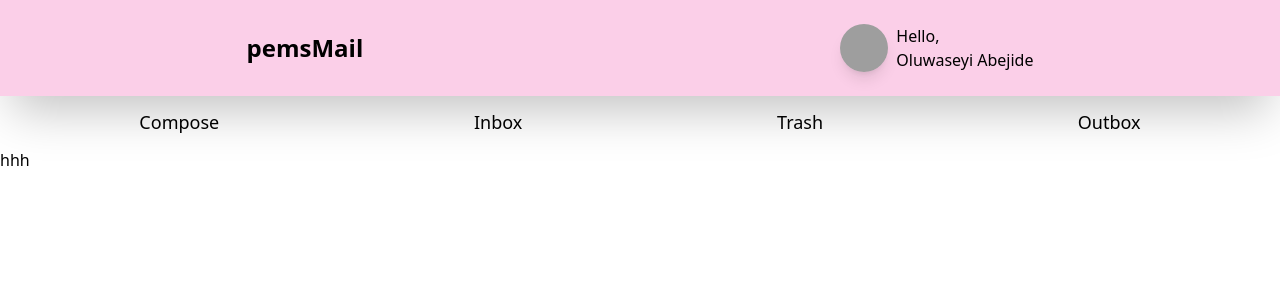
Repository: Semanmernstack/mailclone
Page: /mail
These files come from the project's save history. The page is drawn as it stood at one moment and after the next save; the edit follows.
The browser window is 1280 px wide. The pictures show the whole page.
Pictures or frames that could not be fetched are drawn as grey boxes. The project was rebuilt for these pictures with package versions that can differ from the ones it lists, and the page was loaded fresh each time. Also part of the build but not shown: src/features/counter/Counter.module.css, src/features/counter/Counter.js, src/OpenRow.js, src/Open.js.

Above is the page before, as saved 2023-01-16 03:01:12.

### src/App.js
import React from 'react';

import { Counter } from './features/counter/Counter';
import Header from './Header';
import {
  BrowserRouter,
  Routes,
  Route,
} from "react-router-dom";
import Open from './Open';
import Topbar from './Topbar';
import Mail from './Mail';


function App() {
  return (
    <div className="App">

      <BrowserRouter>

        <Header/>
        <Topbar/>
        <Routes>
        <Route exact path="mail" element={<Mail/>} />
          <Route exact path="/" element={<Open/>} />
        </Routes>
      </BrowserRouter>
    </div>
  );
}

export default App;

### src/features/counter/counterSlice.js
import { createAsyncThunk, createSlice } from '@reduxjs/toolkit';
import { fetchCount } from './counterAPI';

const initialState = {
  value: 0,
  status: 'idle',
};

// The function below is called a thunk and allows us to perform async logic. It
// can be dispatched like a regular action: `dispatch(incrementAsync(10))`. This
// will call the thunk with the `dispatch` function as the first argument. Async
// code can then be executed and other actions can be dispatched. Thunks are
// typically used to make async requests.
export const incrementAsync = createAsyncThunk(
  'counter/fetchCount',
  async (amount) => {
    const response = await fetchCount(amount);
    // The value we return becomes the `fulfilled` action payload
    return response.data;
  }
);

export const counterSlice = createSlice({
  name: 'counter',
  initialState,
  // The `reducers` field lets us define reducers and generate associated actions
  reducers: {
    increment: (state) => {
      // Redux Toolkit allows us to write "mutating" logic in reducers. It
      // doesn't actually mutate the state because it uses the Immer library,
      // which detects changes to a "draft state" and produces a brand new
      // immutable state based off those changes
      state.value += 1;
    },
    decrement: (state) => {
      state.value -= 1;
    },
    // Use the PayloadAction type to declare the contents of `action.payload`
    incrementByAmount: (state, action) => {
      state.value += action.payload;
    },
  },
  // The `extraReducers` field lets the slice handle actions defined elsewhere,
  // including actions generated by createAsyncThunk or in other slices.
  extraReducers: (builder) => {
    builder
      .addCase(incrementAsync.pending, (state) => {
        state.status = 'loading';
      })
      .addCase(incrementAsync.fulfilled, (state, action) => {
        state.status = 'idle';
        state.value += action.payload;
      });
  },
});

export const { increment, decrement, incrementByAmount } = counterSlice.actions;

// The function below is called a selector and allows us to select a value from
// the state. Selectors can also be defined inline where they're used instead of
// in the slice file. For example: `useSelector((state: RootState) => state.counter.value)`
export const selectCount = (state) => state.counter.value;

// We can also write thunks by hand, which may contain both sync and async logic.
// Here's an example of conditionally dispatching actions based on current state.
export const incrementIfOdd = (amount) => (dispatch, getState) => {
  const currentValue = selectCount(getState());
  if (currentValue % 2 === 1) {
    dispatch(incrementByAmount(amount));
  }
};

export default counterSlice.reducer;

### src/Header.js
import React from 'react'

function Header() {
  return (
    <div className="flex items-center justify-around p-2     h-24 bg-pink-200 border-b-pink-800 shadow-2xl">
        <div>
            <h1 className="text-lg md:text-2xl font-semibold">pemsMail</h1>

        </div>
        <div className="flex items-center justify-evenly">

            <img className="h-12 w-12 rounded-full shadow-lg" src="https://cdn.pixabay.com/photo/2022/12/01/12/26/countryside-7629017__340.jpg" alt="pic" />
            <div className="ml-2">
                <p>Hello,</p>
                <p>Oluwaseyi Abejide</p>
            </div>
        </div>
    </div>
  )
}

export default Header

### src/Topbar.js
import React from 'react'

function Topbar() {
  return (
    <div className="flex items-center justify-around text-lg p-3">
        <div className='hover:underline hover:text-red-900 hover:text-2xl'>
            <p>Compose</p>
        </div>
        <div className='hover:underline hover:text-red-900 hover:text-2xl'>
            <p>Inbox</p>
        </div>
        <div className='hover:underline hover:text-red-900 hover:text-2xl'>
            <p>Trash</p>
        </div>
        <div className='hover:underline hover:text-red-900 hover:text-2xl'>
            <p>Outbox</p>
        </div>
    </div>
  )
}

export default Topbar

### src/Mail.js
import React from 'react'

function Mail() {
  return (
    <div>
        <h1>hhh</h1>
    </div>
  )
}

export default Mail

Loaded but not shown: public/index.html (common file); src/index.js (common file); src/app/store.js (common file); src/reportWebVitals.js (common file); src/index.css (common file); src/features/counter/counterAPI.js (common file); tailwind.config.js (common file)

After the next save:
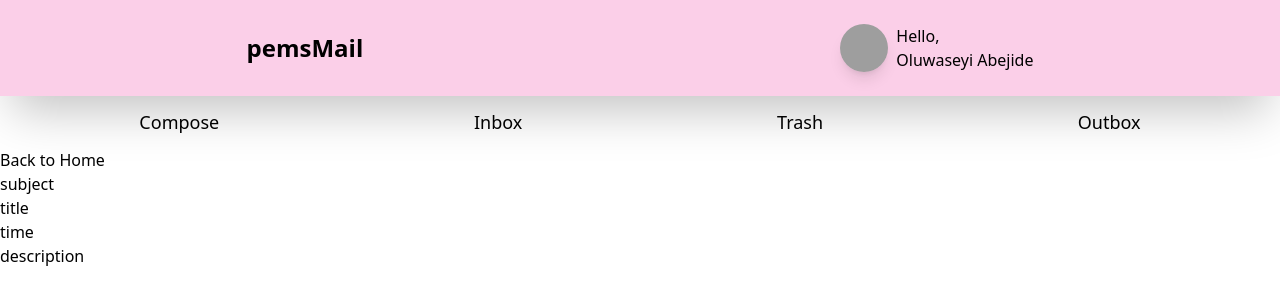
Saved 6 min 27 s later.
--- a/src/Mail.js
+++ b/src/Mail.js
@@ -3,7 +3,21 @@ import React from 'react'
 function Mail() {
   return (
     <div>
-        <h1>hhh</h1>
+        <div>
+            <p>Back to Home</p>
+        </div>
+        <div>
+           <div>
+                <p>subject</p>
+                <p>title</p>
+                <p>time</p>
+
+            </div>
+            <div>
+                <p>description</p>
+            </div>
+
+        </div>
     </div>
   )
 }
